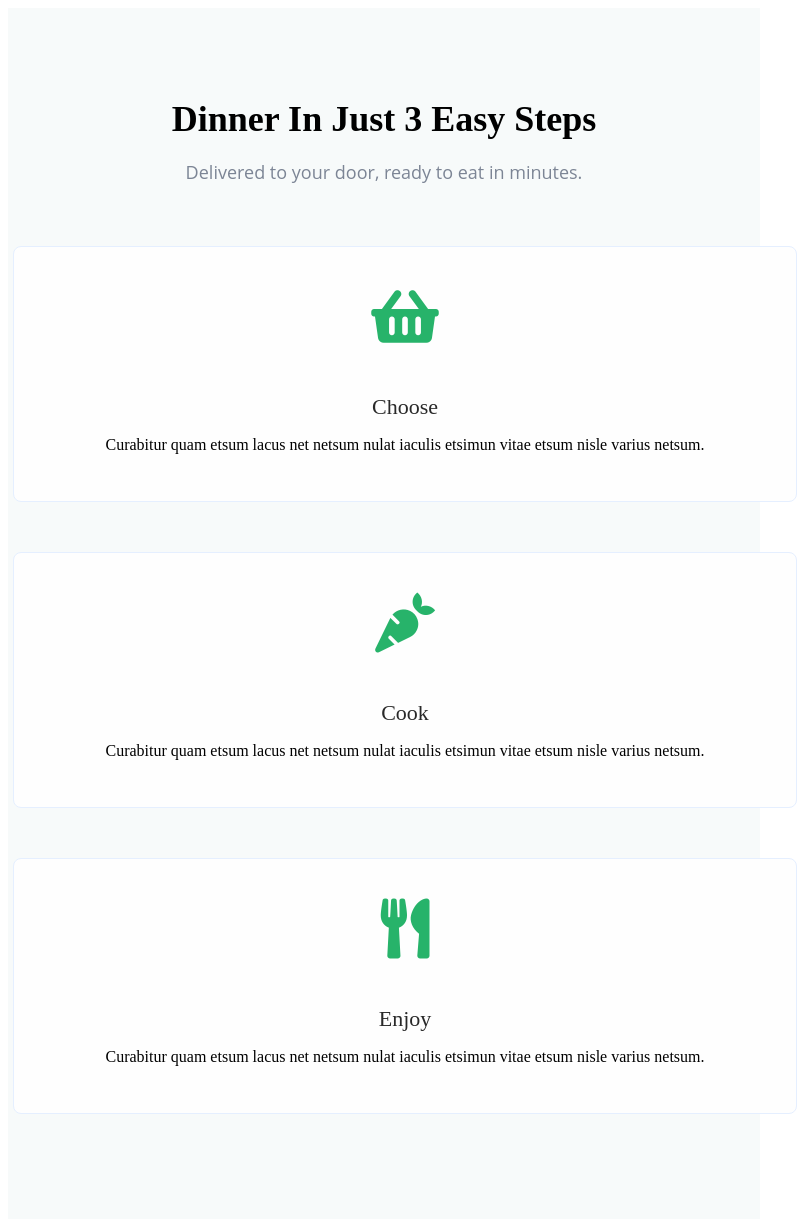
Repository: ST-United-Internship/leadpage
Page: card-UI.html
The author's editor kept a copy of each file at every save. The page is drawn from the files as they stood at one save, then again after the next save.
The browser window is 768 px wide. The page is 797 px wide, then 768 px, so the pictures cover 797 px, including what lies to the right of the window. The pictures show the whole page.

Above is the page before, as saved 2023-03-15 15:43:24.

### card-UI.html
<!DOCTYPE html>
<html lang="en">
<head>
    <meta charset="UTF-8">
    <meta http-equiv="X-UA-Compatible" content="IE=edge">
    <meta name="viewport" content="width=device-width, initial-scale=1.0">
    <title>Document</title>
    <link rel="stylesheet" href="css/card-UI.css">
    <link rel="stylesheet" href="css/common.css">
    <link rel="stylesheet" href="https://use.fontawesome.com/releases/v5.15.4/css/all.css" integrity="sha384-DyZ88mC6Up2uqS4h/KRgHuoeGwBcD4Ng9SiP4dIRy0EXTlnuz47vAwmeGwVChigm" crossorigin="anonymous"/>
</head>
<body>
        <section>
            <!--begin title-->
            <div class="about">
                <div class="row-title">
                    <div class="title-text">
                        <h2>Dinner In Just 3 Easy Steps</h2>
                        <p>Delivered to your door, ready to eat in minutes.</p>
                    </div>
                </div>
            </div>
            <!--begin card-->
            <div class="card-UI">
                <div class="about">
                    <div class="columm">
                        <div class="title-card">
                            <i class="fas fa-shopping-basket"></i>
                            <h3>Choose</h3>
                            <p>Curabitur quam etsum lacus net netsum nulat iaculis etsimun vitae etsum nisle varius netsum.</p>
                        </div>
                        <div class="title-card">
                            <i class="fas fa-carrot"></i>
                            <h3>Cook</h3>
                            <p>Curabitur quam etsum lacus net netsum nulat iaculis etsimun vitae etsum nisle varius netsum.</p>
                        </div>
                        <div class="title-card">
                            <i class="fas fa-utensils"></i>
                            <h3>Enjoy</h3>
                            <p>Curabitur quam etsum lacus net netsum nulat iaculis etsimun vitae etsum nisle varius netsum.</p>
                        </div>
                    </div>
                </div>
            </div>
        </section>
</body>
</html>

### css/card-UI.css
section{
    background: #f7fafa;
    padding: 90px 0 100px 0;
}

.about{
    background-color: #f7fafa;
}

.row-title{
    /* text-align: center; */
}
 .title-text{
    text-align: center;
    /* margin-right: -15px;
    margin-left: -15px; */
}

.about .row-title .title-text h2{
    font-size: 36px;
    margin-bottom: 10px;
    margin-top: 0px;
}

.about .row-title .title-text p{
    font-size: 18px;
    line-height: 28px;
    font-weight: 400;
    color: #7c8595;
    margin-bottom: 15px;
    font-family: 'Open Sans', sans-serif;
}

.card-UI{
    position: relative;
}

.card-UI .about .columm{
    display: flex;
    justify-content: center;
}

.title-card{
    position: relative;
    margin: 45px 25px 5px 5px;
    padding: 40px 15px 32px 15px;
    overflow: hidden;
    text-align: center;
    border: 1px solid #e5efff;
    background-color: #fefefe;
    border-radius: 8px 8px;
    transition: all 1s;
    width: 20%;
    height: 50%;

}

.title-card:hover{
    border: 1px solid #27b36a;
    transform: scale(1.05, 1.05);
}

.columm::after, ::before{
    box-sizing: border-box;
}

.card-UI .about .columm .title-card i{
    margin-bottom: 25px;
    font-size: 60px;
    color: #27b36a;
}

.card-UI .about .columm .title-card h3{
    font-size: 22px;
    font-weight: 500;
    color: #292929;
    margin-bottom: 15px;
}

.card-UI .about .columm .title-card p{
    padding: 0 10px;
    margin-bottom: 15px
}


@media only screen and (max-width:1000px) {

    .about{
        width: 100%;
    }
    .columm{
        flex-direction: column;
    }
    .title-card{
        width: 100%;
        height: 100%;
    }
}

### css/common.css
.container {
  max-width: 80%;
  margin: auto;
  border: 1px solid blue;
}
.card {
  width: 400px;
}
.space-vertical {
  padding: 20px 0;
}

.space-horizontal {
  padding: 0 20px;
}

*,
**,
*::before,
*::after {
  box-sizing: border-box;
}

After the next save:
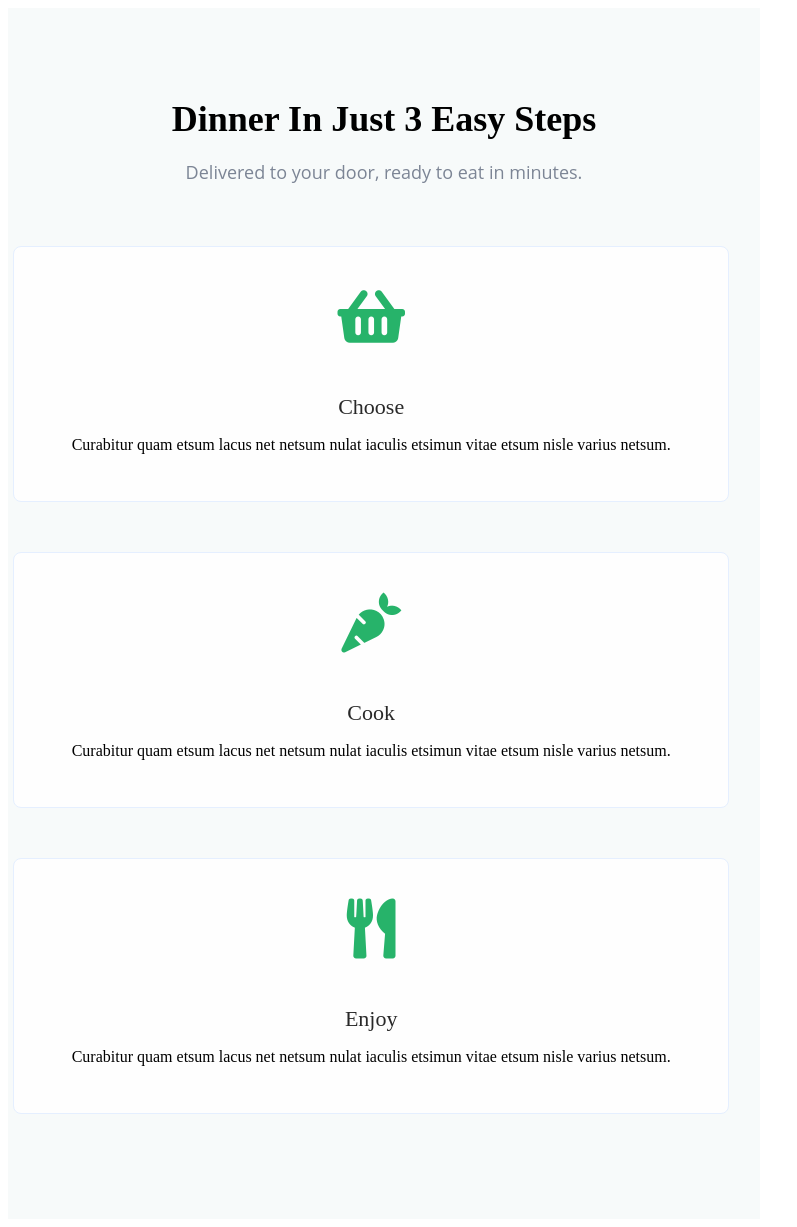
Saved 87 s later.
--- a/css/card-UI.css
+++ b/css/card-UI.css
@@ -92,7 +92,7 @@ section{
         flex-direction: column;
     }
     .title-card{
-        width: 100%;
+        width: 91%;
         height: 100%;
     }
 }
